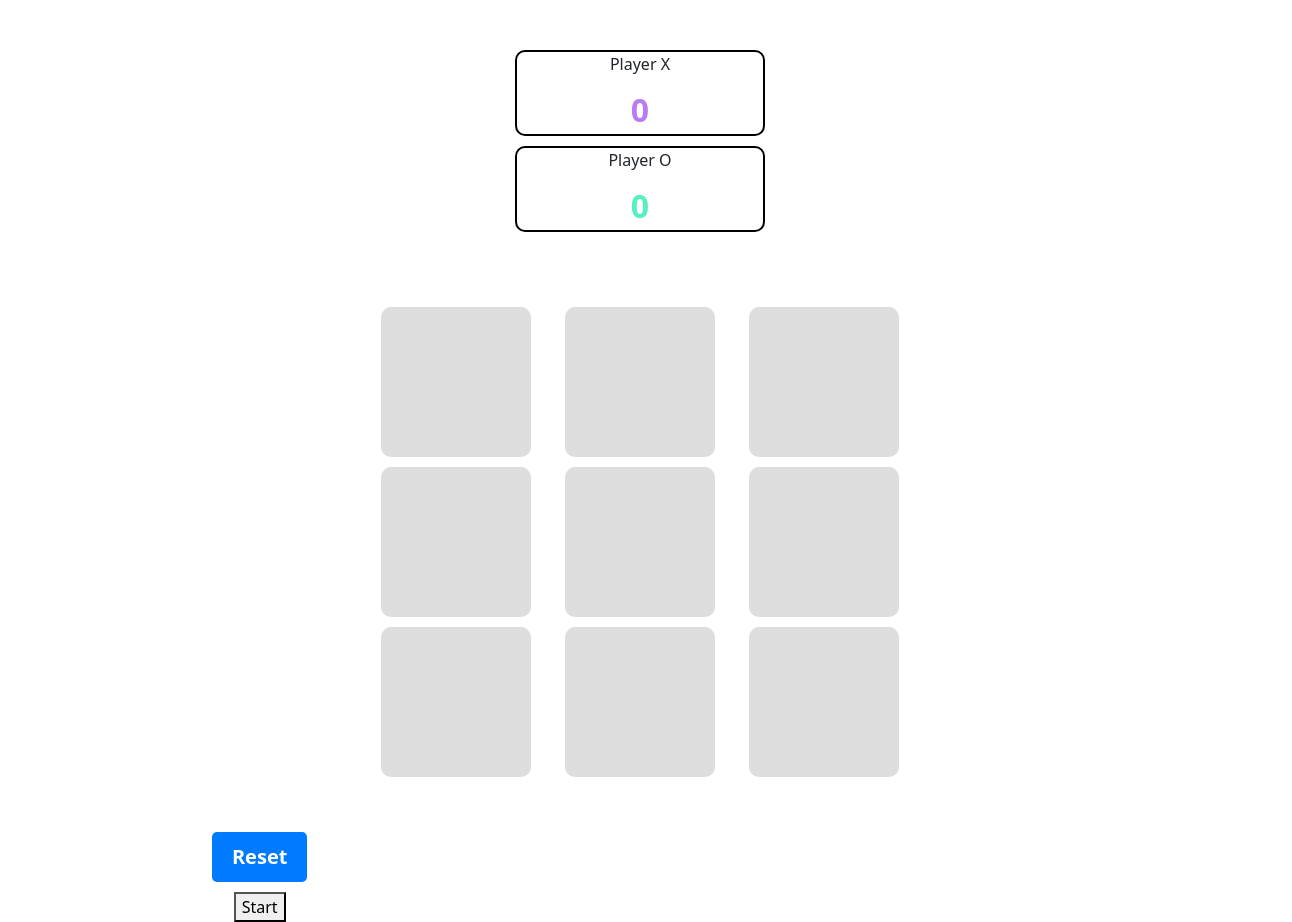
Repository: woodsdeshe/Tic-Tac-Toe
Page: index.html
The author's editor kept a copy of each file at every save. The page is drawn from the files as they stood at one save, then again after the next save.
The browser window is 1280 px wide. The page is 1292 px wide, so the pictures cover 1292 px, including what lies to the right of the window. The pictures show the whole page.

Above is the page before, as saved 2023-03-31 21:14:17.

### index.html
<!DOCTYPE html>
<html lang="en">
  <head>
    <meta charset="UTF-8" />
    <meta http-equiv="X-UA-Compatible" content="IE=edge" />
    <meta name="viewport" content="width=device-width, initial-scale=1.0" />
    <title>Tic Tac Toe | DeShe Woods</title>
    <link rel="stylesheet" href="styles.css" />
    <link
      href="https://cdn.jsdelivr.net/npm/bootstrap@5.3.0-alpha2/dist/css/bootstrap.min.css"
      rel="stylesheet"
      integrity="sha384-aFq/bzH65dt+w6FI2ooMVUpc+21e0SRygnTpmBvdBgSdnuTN7QbdgL+OapgHtvPp"
      crossorigin="anonymous"
    />
  </head>
  <body>
    <div class="container">
      <div class="row">
        <div class="col-12 scoreboard scoreboard-left">
          <div>Player X</div>
          <div class="score-x">0</div>
        </div>
        <div class="col-12 scoreboard scoreboard-right">
          <div>Player O</div>
          <div class="score-o">0</div>
        </div>
      </div>
      <div class="message"></div>
      <div class="container game-board">
        <div class="row">
          <div class="col-4">
            <div class="tile square-1"></div>
          </div>
          <div class="col-4">
            <div class="tile square-2"></div>
          </div>
          <div class="col-4">
            <div class="tile square-3"></div>
          </div>
        </div>
        <div class="row">
          <div class="col-4">
            <div class="tile square-4"></div>
          </div>
          <div class="col-4">
            <div class="tile square-5"></div>
          </div>
          <div class="col-4">
            <div class="tile square-6"></div>
          </div>
        </div>
        <div class="row">
          <div class="col-4">
            <div class="tile square-7"></div>
          </div>
          <div class="col-4">
            <div class="tile square-8"></div>
          </div>
          <div class="col-4">
            <div class="tile square-9"></div>
          </div>
        </div>
      </div>
      </div>
      <div class="row">
        <div class="col-5">
          <div class="reset">
            <button class="reset-btn">Reset</button>
          </div>
          <div class="start">
            <button class="startBtn">Start</button>
          </div>
        </div>
      </div>
    </div>
    <script
      src="https://cdn.jsdelivr.net/npm/bootstrap@5.3.0-alpha2/dist/js/bootstrap.bundle.min.js"
      integrity="sha384-qKXV1j0HvMUeCBQ+QVp7JcfGl760yU08IQ+GpUo5hlbpg51QRiuqHAJz8+BrxE/N"
      crossorigin="anonymous"
    ></script>
    <script src="script.js"></script>
  </body>
</html>

### styles.css
.container {
  display: flex;
  flex-direction: column;
  align-items: center;
  margin-top: 50px;
}

.scoreboard {
  display: flex;
  flex-direction: column;
  align-items: center;
  border: 2px solid black;
  border-radius: 10px;
  width: 200px;
}

.scoreboard-left {
  margin-right: 70px;
  margin-bottom: 10px;
}

.scoreboard-right {
  margin: 0;
}

.score-x {
  font-size: 48px;
  color: rgb(184, 123, 241);
}

.score-o {
  font-size: 48px;
  color: rgb(83, 240, 193);
}

.score-x,
.score-o {
  font-size: 2em;
  font-weight: bold;
  margin-top: 10px;
}

.message {
  font-size: 2em;
  margin-bottom: 20px;
}

.game-board {
  display: flex;
  justify-content: center;
}

.tile {
  width: 150px;
  height: 150px;
  background-color: #ddd;
  margin: 5px;
  border-radius: 10px;
  display: flex;
  justify-content: center;
  align-items: center;
  font-size: 50px;
  font-weight: bold;
  cursor: pointer;
}

.reset {
  text-align: center;
  margin-top: 50px;
}

.reset-btn {
  font-size: 20px;
  font-weight: bold;
  padding: 10px 20px;
  background-color: #007bff;
  color: white;
  border-radius: 5px;
  border: none;
  cursor: pointer;
}

.start {
    text-align: center;
    margin-top: 10px;
}

.x-symbol {
    color: rgb(184, 123, 241);
}

.o-symbol {
    color: rgb(83, 240, 193);
}

@media (max-width: 767px) {
  .scoreboard {
    margin-bottom: 20px;
  }
}

### script.js
// Variables that access the squares, reset button, scoreboards , and messaging for the game that will stay constant
const gameBoard = document.querySelector(".game-board");
const resetBtn = document.querySelector(".reset-btn");
const scoreboardX = document.querySelector(".score-x");
const scoreboardO = document.querySelector(".score-o");
const message = document.querySelector(".message");
const tile = document.querySelectorAll(".tile");

// Variables that access the current player, game over, X and O scores that will change based on conditions of the game
let currentPlayer = "X";
let gameOver = false;
let xScore = 0;
let oScore = 0;

// This event listener will check to see if the tiles are empty and will fill them with the symbol of the current player

gameBoard.addEventListener("click", (event) => {
  event.preventDefault();

  //This if statement checks to see if the game is over before allowing the players to continue playing. If gameOver is true, then the board becomes unclickable
  if (gameOver) {
    return;
  }

  // This variable will hold the square that gets clicked using the .target property
  const square = event.target;

  // Checks to see if the square contains a class of tile and the square is empty. If it's empty then the square will contain a symbol and alternate the symbol according to the current player
  if (square.classList.contains("tile") && square.textContent === "") {
    // This if statement adds or removes the appropriate symbol class based on the current player so that the colors of the symbols will be different
    if (currentPlayer === "X") {
      square.classList.add("x-symbol");
      square.classList.remove("o-symbol");
    } else {
      square.classList.add("o-symbol");
      square.classList.remove("x-symbol");
    }

    square.textContent = currentPlayer;

    //Updates the message variable to show who's turn it is on the screen
    message.textContent = `It's ${currentPlayer} turn`;

    currentPlayer = currentPlayer === "X" ? "O" : "X";
  }

  //Calls the checkForWinner function after each turn to see if a player has won
  checkForWinner();
});

// Check to see if the tiles contain a winning play of a specific player
function currentPlay(plays, player) {
  // The .every method checks through every tile within the player array that checks to see if they contain the current players symbol with a boolean "true" or "false"
  return plays.every((tile) => {
    tileElement = document.querySelector(`.square-${tile}`);
    return tileElement.textContent === player;
  });
}

// This function will check to see which player has the winning set after each move
function checkForWinner() {
  // Nested arrays that show all the winning plays that are needed to win
  const winningPlays = [
    [1, 2, 3],
    [4, 5, 6],
    [7, 8, 9],
    [1, 4, 7],
    [2, 5, 8],
    [3, 6, 9],
    [1, 5, 9],
    [3, 5, 7],
  ];

  // Loops through each array within "winingPlays" and stores the values in the variable "plays"
  for (let i = 0; i < winningPlays.length; i++) {
    const plays = winningPlays[i];

    // Create if/else conditions that will check to see if the current player has a winning play thats in 'winningPlays', if no one wins, it calls the "itsATie" function to alert the players that the game is over and prevents the players from continuing to play using th endGame function"
    if (currentPlay(plays, "X")) {
      xScore++;
      scoreboardX.textContent = xScore;
      message.textContent = "Player X Wins!";
      gameOver = true;
      endGame();
    } else if (currentPlay(plays, "O")) {
      oScore++;
      scoreboardO.textContent = oScore;
      message.textContent = "Player O Wins!";
      gameOver = true;
      endGame();
    } else if (itsATie()) {
      message.textContent = "Game over! It's a tie!!!";
      gameOver = true;
      endGame();
    }
  }

  // This function iterates through all the tiles on the board and checks to see if the board is full. If there isn't any empty tiles left, it returns true.
  function itsATie() {
    for (let i = 0; i < tile.length; i++) {
      if (tile[i].textContent === "") {
        return false;
      }
    }
    return true;
  }

  // This function iterates through all the tiles in the game and removes the gameBoard listener so that the board is no longer clickable when the game is over
  function endGame() {
    for (let i = 0; i < tile.length; i++) {
      tile[i].removeEventListener("click", handleClick);
    }
  }
}

//This function resets the game
function resetGame() {
  currentPlayer = "X";
  gameOver = false;
  message.textContent = `It's ${currentPlayer} turn`;
  scoreboardX.textContent = "0";
  scoreboardO.textContent = "0";
  xScore = 0;
  oScore = 0;

  // Clears the board by setting the text content of all tiles to an empty string
  tile.forEach((tile) => {
    tile.textContent = "";
  });

  // Add back the event listener to each tile so that they are clickable again
  tile.forEach((tile) => {
    tile.addEventListener("click", handleTileClick);
  });
}

resetBtn.addEventListener("click", () => {
  resetGame();
});

After the next save:
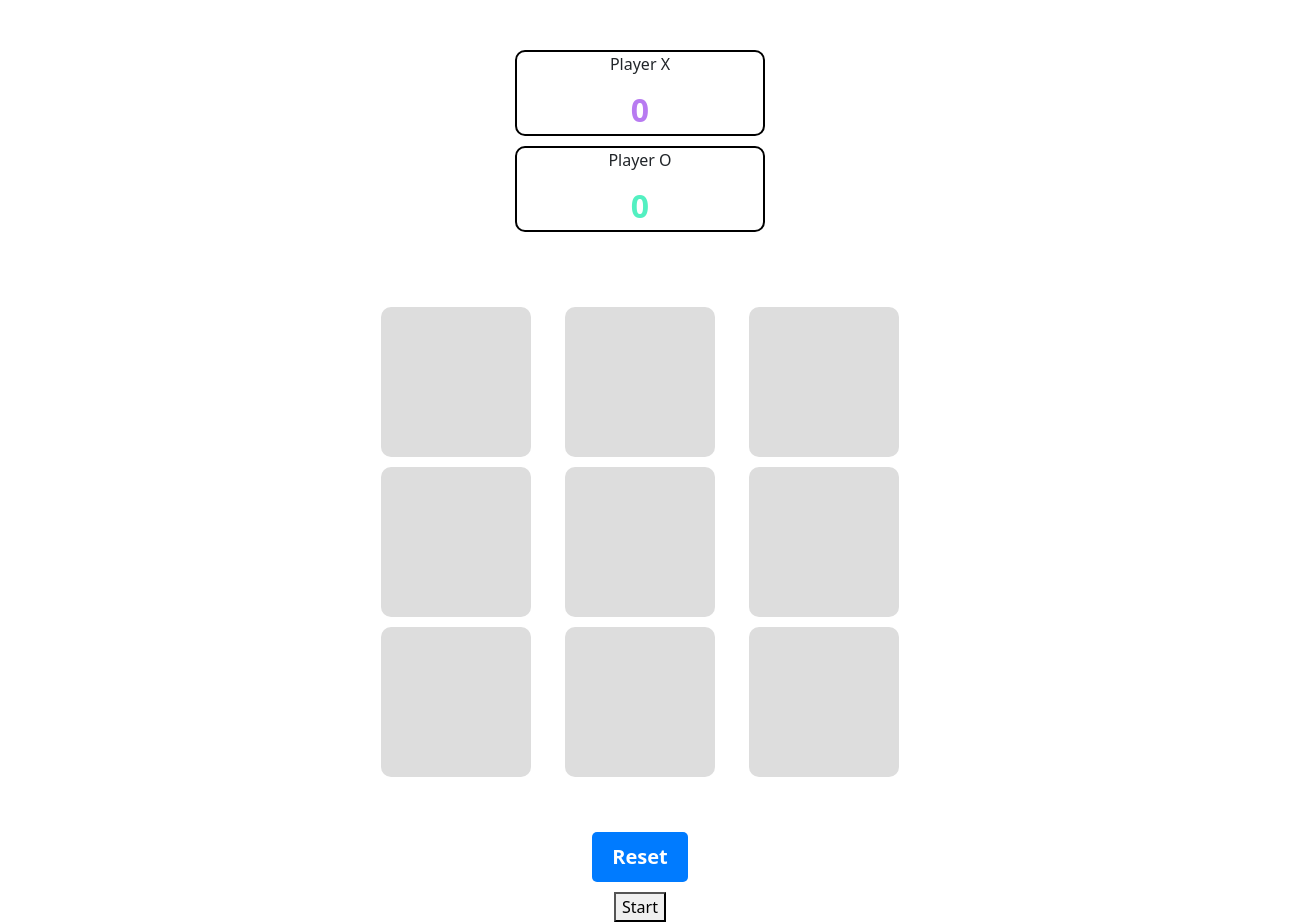
Saved 4 s later.
--- a/index.html
+++ b/index.html
@@ -63,7 +63,7 @@
       </div>
       </div>
       <div class="row">
-        <div class="col-5">
+        <div class="col">
           <div class="reset">
             <button class="reset-btn">Reset</button>
           </div>
